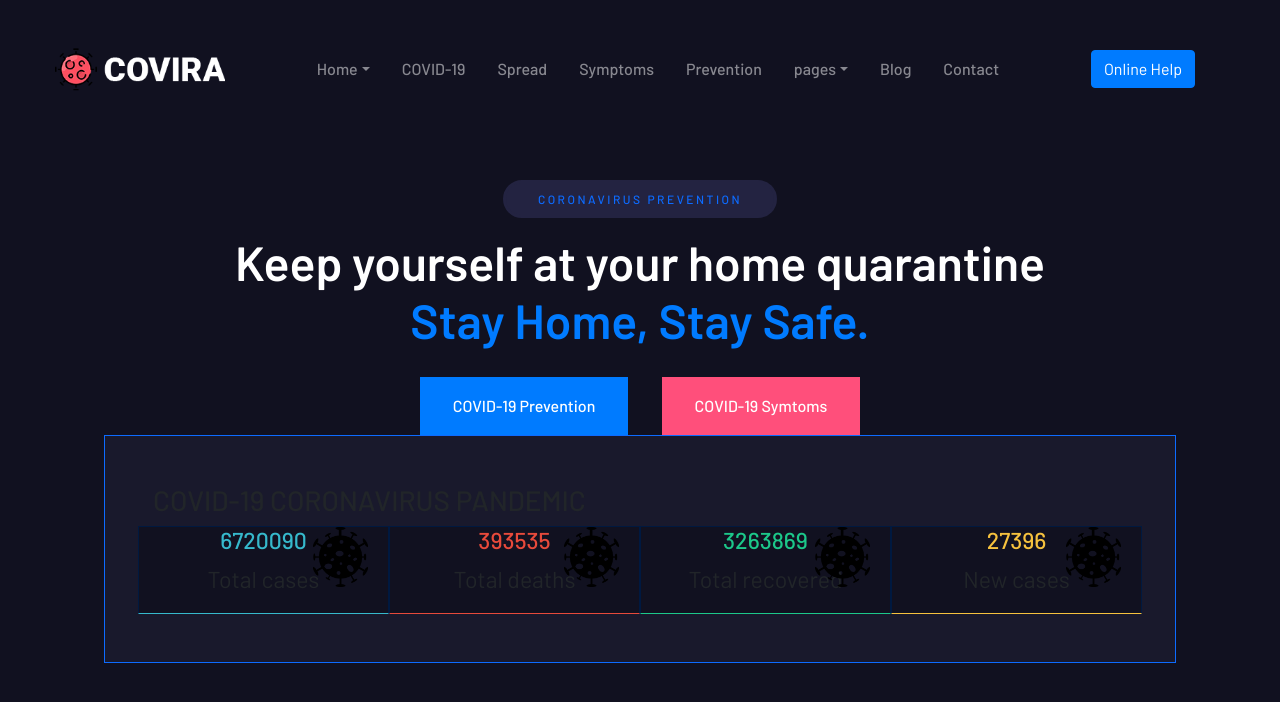
Repository: sitikhusushan/corona_updates
Page: index.html
These files come from the project's save history. The page is drawn as it stood at one moment and after the next save; the edit follows.
The browser window is 1280 px wide. The pictures show the whole page.

Above is the page before, as saved 2020-06-06 01:50:52.

### index.html
<!DOCTYPE html>
<html lang="en">
  <head>
    <meta charset="UTF-8" />
    <meta name="viewport" content="width=device-width, initial-scale=1.0" />
    <link rel="stylesheet" href="css/bootstrap.css" />
    <link rel="stylesheet" type="text/css" href="style.css" />
    <title>Covid-19</title>
  </head>
  <body>
    <!--this is header -->
    <header>
      <!-- navbar starts from here -->
      <nav class="navbar navbar-expand-lg navbar-dark fix">
        <div class="container">
          <!-- this is the logo section  -->
          <a class="logo" href="">
            <img src="image/logo-white.png" alt="coronavirus_logo"
          /></a>
          <!-- this is modified code no need to see -->
          <!-- <div class="row">
          <div class="col-md-2 col-sm-2">
            <img src="image/logo-white.png" alt="coronavirus_logo" />
          </div>
          <div class="col-md-1 col-sm">
            <div class="dropdown">
              <button
                type="button"
                class="btn btn-danger dropdown-toggle"
                data-toggle="dropdown"
              >
                Home
              </button>
              <div class="dropdown-menu">
                <a class="dropdown-item" href="#">akjf</a>
                <a class="dropdown-item" href="#">alkdf</a>
                <a class="dropdown-item" href="#">akfjl</a>
                <a class="dropdown-item" href="#">ahdfjk</a>
                <a class="dropdown-item" href="#">ajlkdf</a>
                <a class="dropdown-item" href="#">kjahdf</a>
              </div>
            </div>
          </div>
          <div class="col-md-1 col-sm">
            COVID-19
          </div>
          <div class="col-md-1 col-sm">
            Spread
          </div>
          <div class="col-md-1 col-sm">
            Symptoms
          </div>
          <div class="col-md-1 col-sm">
            Prevention
          </div>
          <div class="col-md-1 col-sm">
            <div class="dropdown">
              <button
                type="button"
                class="btn btn-danger dropdown-toggle"
                data-toggle="dropdown"
              >
                Pages
              </button>
              <div class="dropdown-menu">
                <a class="dropdown-item" href="#"></a>
                <a class="dropdown-item" href="#"></a>
                <a class="dropdown-item" href="#"></a>
                <a class="dropdown-item" href="#"></a>
              </div>
            </div>
          </div>
          <div class="col-md-1 col-sm">Blog</div>
          <div class="col-md-1 col-sm">Contact</div>
          <div class="col-md-2 col-sm-2">
            <button class="btn btn-primary" type="button">Online Help</button>
          </div>
        </div> -->
          <!-- the content of navbar starts from here  -->
          <div class="collapse navbar-collapse">
            <ul class="navbar-nav mx-auto">
              <!-- dropdown of home is here -->
              <li class="nav-item dropdown">
                <a
                  class="nav-link dropdown-toggle"
                  href="#"
                  data-toggle="dropdown"
                  aria-expanded="false"
                  >Home</a
                >
                <div class="dropdown-menu">
                  <a class="dropdown-item" href="#">Home one</a>
                  <a class="dropdown-item" href="#">Home one dark</a>
                  <a class="dropdown-item" href="#">Home two</a>
                  <a class="dropdown-item" href="#">Home two dark</a>
                  <a class="dropdown-item" href="#">Home three</a>
                  <a class="dropdown-item" href="#">Home three dark</a>
                </div>
              </li>
              <li class="nav-item">
                <a class="nav-link" href="#">COVID-19</a>
              </li>
              <li class="nav-item">
                <a class="nav-link" href="#">Spread</a>
              </li>
              <li class="nav-item">
                <a class="nav-link" href="#">Symptoms</a>
              </li>
              <li class="nav-item">
                <a class="nav-link" href="#">Prevention</a>
              </li>
              <!-- dropdown of pages is here -->
              <li class="nav-item dropdown">
                <a
                  class="nav-link dropdown-toggle"
                  href="#"
                  data-toggle="dropdown"
                  aria-expanded="false"
                  >pages</a
                >
                <div class="dropdown-menu">
                  <a class="dropdown-item" href="#">Blog</a>
                  <a class="dropdown-item" href="#">Article</a>
                  <a class="dropdown-item" href="#">Contact</a>
                  <a class="dropdown-item" href="#">Outbrek news</a>
                </div>
              </li>
              <li class="nav-item">
                <a class="nav-link" href="#">Blog</a>
              </li>
              <li class="nav-item">
                <a class="nav-link" href="#">Contact</a>
              </li>
            </ul>
          </div>
          <!-- online help section  -->
          <a class="onlinehelp" href="">
            <i class="fas fa-headset"></i>
            <button class="btn btn-primary" type="button">Online Help</button>
          </a>
        </div>
      </nav>
    </header>
    <!-- here starts the banner content  -->
    <div class="banner">
      <div class="container">
        <div class="prevention">
          <!-- here are paragraph & headline -->
          <p class="pre">CORONAVIRUS PREVENTION</p>
          <h1>
            Keep yourself at your home quarantine <br />
            <span class="text-primary"> Stay Home, Stay Safe.</span>
          </h1>
          <!-- this is the button parts -->
          <div class="button">
            <!-- this is modified code no need to see  -->
            <!-- <div class="col-md-6">
              <button class="btn btn-primary" type="button">
                COVID-19 Prevention
              </button>
            </div>
            <div class="col-md">
              <button class="btn btn-danger" type="button">
                COVID-19 Symtoms
              </button> -->
            <a href="" class="btn btn-lg btn-primary">COVID-19 Prevention</a>
            <a href="" class="btn btn-lg btn-pink">COVID-19 Symtoms</a>
          </div>
        </div>
      </div>
    </div>
    <!-- live feedback or dashboard is here  -->
    <div class="dashboard">
      <div class="container">
        <h3>COVID-19 CORONAVIRUS PANDEMIC</h3>
        <div class="row">
          <div class="col-md-6 col-lg-3 status status-info">
            <div class="status-color">
              <h2 class="data-header" id="totalcases">6720090</h2>
              <p>Total cases</p>
              <img src="image/1.png" alt="coronavirus image" />
            </div>
          </div>
          <div class="col-md-6 col-lg-3 status status-danger">
            <div class="status-color">
              <h2 class="data-header" id="totaldeaths">393535</h2>
              <p>Total deaths</p>
              <img src="image/1.png" alt="coronavirus image" />
            </div>
          </div>
          <div class="col-md-6 col-lg-3 status status-success">
            <div class="status-color">
              <h2 class="data-header" id="totalrecovered">3263869</h2>
              <p>Total recovered</p>
              <img src="image/1.png" alt="coronavirus image" />
            </div>
          </div>
          <div class="col-md-6 col-lg-3 status status-warning">
            <div class="status-color">
              <h2 class="data-header" id="newcases">27396</h2>
              <p>New cases</p>
              <img src="image/1.png" alt="coronavirus image" />
            </div>
          </div>
        </div>
      </div>
    </div>
  </body>
</html>
<script src="https://code.jquery.com/jquery-3.5.1.js"></script>
<script src="js/bootstrap.js"></script>

### style.css
body {
  background-color: #111120;
  font-family: "Barlow";
}

.container {
  max-width: 1200px;
}

/* navbar css */
/* this css is to put the navbar at same place  */
.fix {
  position: fixed;
  top: 0;
  right: 0;
  left: 0;
  background-color: #111120;
  padding: 40px 0px;
}

/* to change the content of navbar when hover   */
.navbar .navbar-nav .nav-item a.nav-link:hover {
  color: hotpink;
}

/* this hover is for nav-item  */
.navbar .navbar-nav .nav-item .dropdown-menu a.dropdown-item:hover {
  background-color: hotpink;
}

.dropdown-menu {
  display: none;
  position: absolute;
  background-color: #111120;
  color: #939fb2;
  font-weight: 700;
  font-size: 15px;
  z-index: 1;
}

.dropdown-menu .dropdown-item {
  color: #939fb2;
  font-weight: 600;
}
/* this hover is for dropdown-menu */
.navbar .navbar-nav .nav-item:hover .dropdown-menu {
  display: block;
}

.navbar .nav-item a.nav-link {
  font-weight: 500;
  padding: 8px 16px;
}

nav .container .logo img {
  max-width: 170px;
}

.banner {
  height: 100%;
  text-align: center;
  padding-top: 180px;
}

h1 {
  color: white;
  font-weight: 600;
  font-size: 48px;
  margin-bottom: 28px;
}

.btn-pink {
  color: white;
  background-color: #ff4f7b;
  border-color: #ff4f7b;
}

.btn-lg {
  padding: 1rem 2rem;
  font-size: 1rem;
  font-weight: 500;
  border-radius: 0px;
}

.btn-primary {
  margin-right: 30px;
}

.pre {
  font-size: 0.75rem;
  font-weight: 500;
  line-height: 1;
  letter-spacing: 2.5px;
  display: inline-block;
  border-radius: 800px;
  border: #232341 solid;
  background-color: #232341;
  color: #0d6bff;
  padding: 10px 32px;
  margin-bottom: 16px;
}

h2,
p {
  font-size: 23px;
  text-align: center;
}

.dashboard .container {
  /* position: absolute; */
  width: 1072px;
  background-color: #19192c;
  padding: 48px;
  border: 1px solid #0d6bff;
}

.dashboard .row > div {
  position: relative;
  display: block;
  width: 245px;
  background-color: #111120;
  border: 1px solid #001940;
}

.dashboard .status-color img {
  position: absolute;
  top: 0%;
  left: 70%;
  right: 0%;
  width: 55px;
  max-width: 100%;
  height: auto;
}

.dashboard .status.status-info {
  border-bottom-color: #36b9cc;
}

.dashboard .status.status-danger {
  border-bottom-color: #e74a3b;
}

.dashboard .status.status-success {
  border-bottom-color: #1cc88a;
}

.dashboard .status.status-warning {
  border-bottom-color: #f6c23e;
}

#totalcases {
  color: #36b9cc;
}

#totaldeaths {
  color: #e74a3b;
}

#totalrecovered {
  color: #1cc88a;
}

#newcases {
  color: #f6c23e;
}

@font-face {
  font-family: "Barlow";
  src: url("font/Barlow-Black.woff2") format("woff2"),
    url("font/Barlow-Black.woff") format("woff"),
    url("font/Barlow-Black.svg#Barlow-Black") format("svg");
  font-weight: 900;
  font-style: normal;
}

@font-face {
  font-family: "Barlow";
  src: url("font/Barlow-Light.woff2") format("woff2"),
    url("font/Barlow-Light.woff") format("woff"),
    url("font/Barlow-Light.svg#Barlow-Light") format("svg");
  font-weight: 300;
  font-style: normal;
}

@font-face {
  font-family: "Barlow";
  src: url("font/Barlow-Medium.woff2") format("woff2"),
    url("font/Barlow-Medium.woff") format("woff"),
    url("font/Barlow-Medium.svg#Barlow-Medium") format("svg");
  font-weight: 500;
  font-style: normal;
}

@font-face {
  font-family: "Barlow";
  src: url("font/Barlow-ExtraBold.woff2") format("woff2"),
    url("font/Barlow-ExtraBold.woff") format("woff"),
    url("font/Barlow-ExtraBold.svg#Barlow-ExtraBold") format("svg");
  font-weight: 800;
  font-style: normal;
}

@font-face {
  font-family: "Barlow";
  src: url("font/Barlow-SemiBold.woff2") format("woff2"),
    url("font/Barlow-SemiBold.woff") format("woff"),
    url("font/Barlow-SemiBold.svg#Barlow-SemiBold") format("svg");
  font-weight: 600;
  font-style: normal;
}

@font-face {
  font-family: "Barlow";
  src: url("font/Barlow-Regular.woff2") format("woff2"),
    url("font/Barlow-Regular.woff") format("woff"),
    url("font/Barlow-Regular.svg#Barlow-Regular") format("svg");
  font-weight: normal;
  font-style: normal;
}

@font-face {
  font-family: "Barlow";
  src: url("font/Barlow-Thin.woff2") format("woff2"),
    url("font/Barlow-Thin.woff") format("woff"),
    url("font/Barlow-Thin.svg#Barlow-Thin") format("svg");
  font-weight: 100;
  font-style: normal;
}

@font-face {
  font-family: "Barlow";
  src: url("font/Barlow-Bold.woff2") format("woff2"),
    url("font/Barlow-Bold.woff") format("woff"),
    url("font/Barlow-Bold.svg#Barlow-Bold") format("svg");
  font-weight: bold;
  font-style: normal;
}

@font-face {
  font-family: "Barlow";
  src: url("font/Barlow-ExtraLight.woff2") format("woff2"),
    url("font/Barlow-ExtraLight.woff") format("woff"),
    url("font/Barlow-ExtraLight.svg#Barlow-ExtraLight") format("svg");
  font-weight: 200;
  font-style: normal;
}

Loaded but not shown: css/bootstrap.css (library); js/bootstrap.js (library)

After the next save:
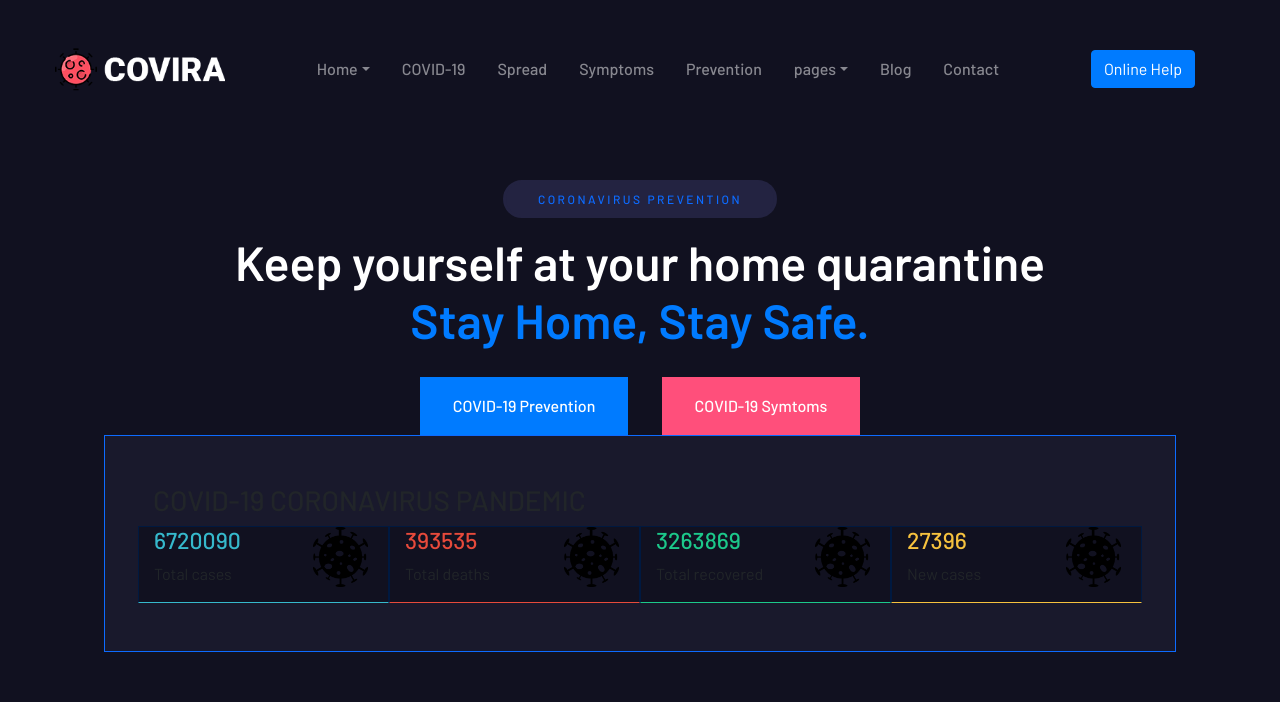
Saved 75 s later.
--- a/style.css
+++ b/style.css
@@ -100,10 +100,8 @@ h1 {
   margin-bottom: 16px;
 }
 
-h2,
-p {
+h2 {
   font-size: 23px;
-  text-align: center;
 }
 
 .dashboard .container {
